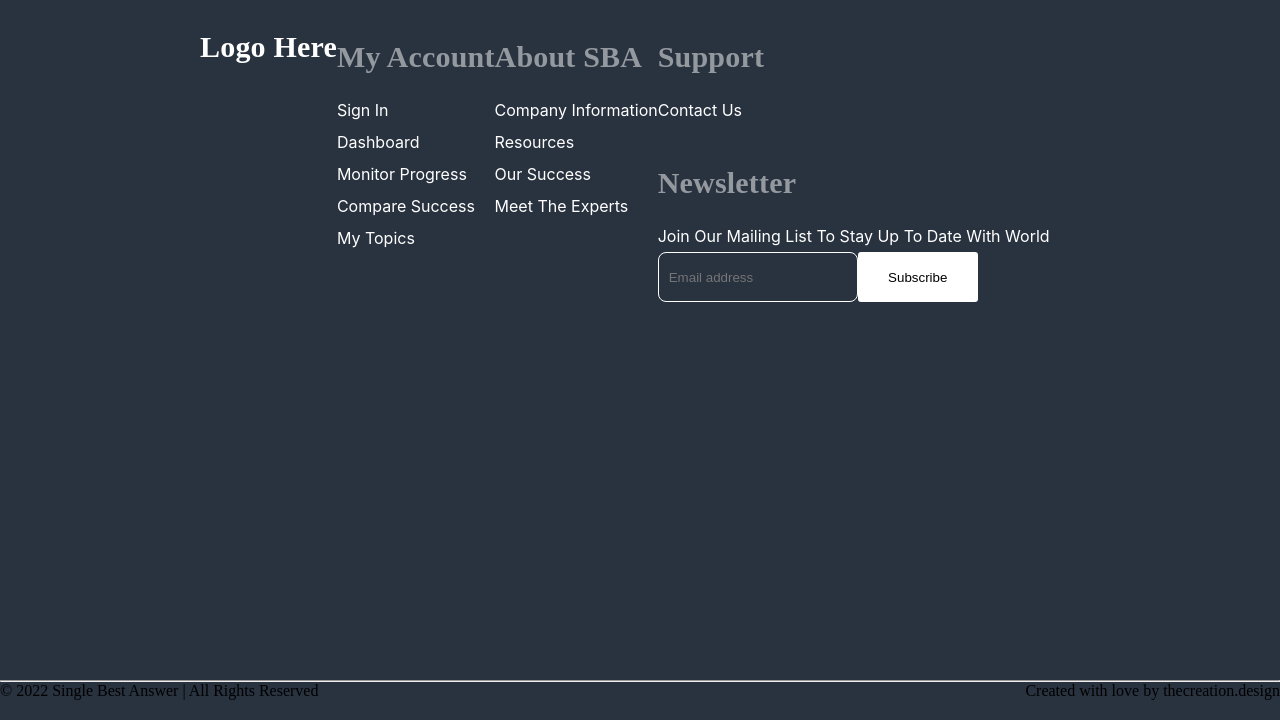
Repository: FaridRustamov09/Final-Task
Page: Pages/connectionPage/index.html
These files come from the project's save history. The page is drawn as it stood at one moment and after the next save; the edit follows.
The browser window is 1280 px wide. The pictures show the whole page.
The style sheet was rebuilt from its Sass, Less or Tailwind sources for each picture, by a compiler version that may differ from the author's.

Above is the page before, as saved 2024-07-14 20:56:56.

After the next save:
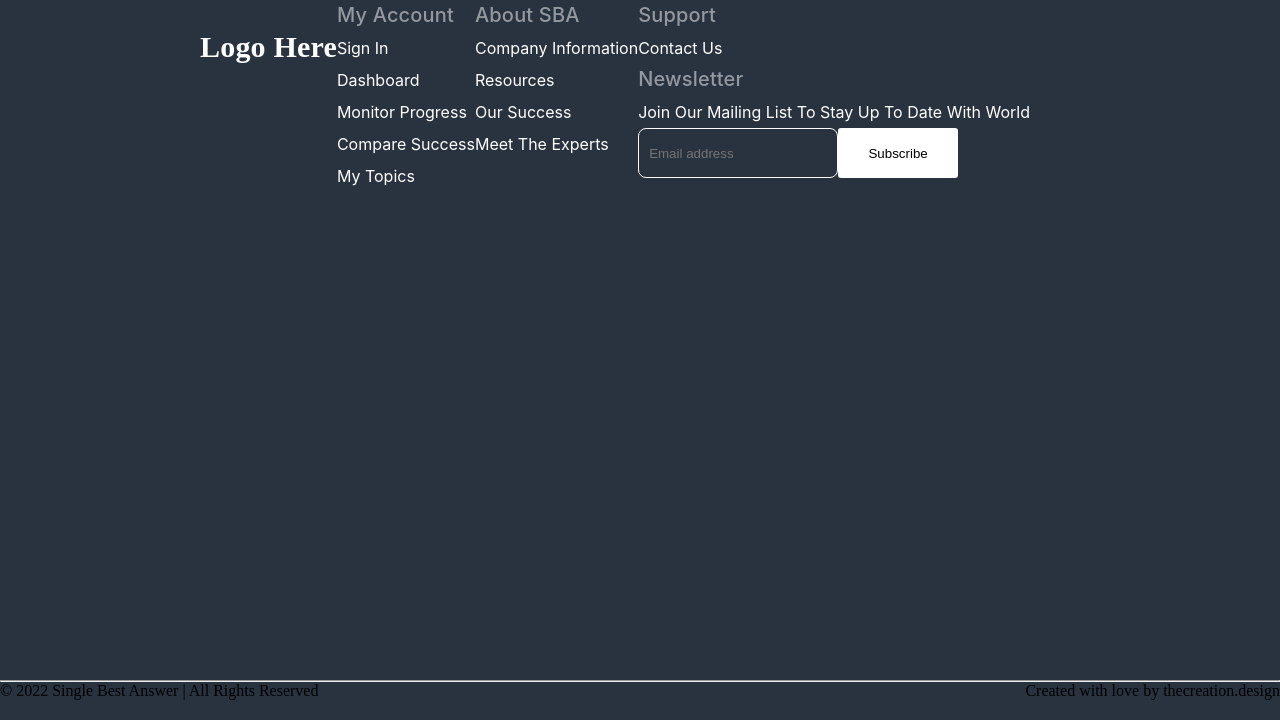
Saved 18 s later.
--- a/Pages/connectionPage/index.scss
+++ b/Pages/connectionPage/index.scss
@@ -27,7 +27,7 @@
       display: flex;
       flex-direction: column;
       /* margin-left: 150px; */
-      .title {
+      .title b {
         opacity: 0.5;
         color: var(--White, #fff);
         font-family: Inter;
